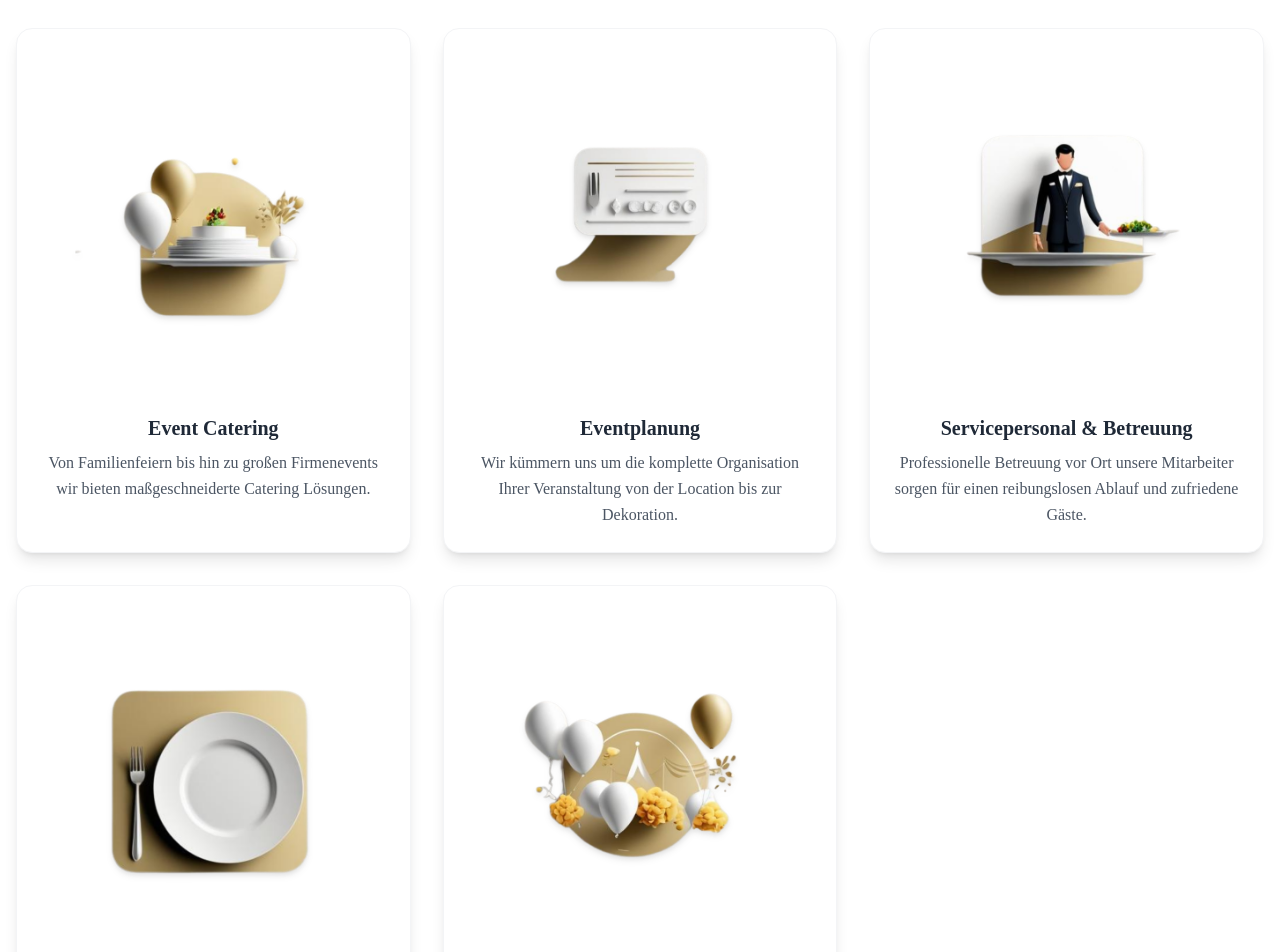
Repository: NikolajMalisch/vilana
Page: index.html
An editor plug-in stored every save of this project. The page is shown before and after the next save, followed by the edit.
The browser window is 1280 px wide. The pictures show the part of the page from y = 924 to 1876 px (the page is 2185 px tall).
A picture or video elsewhere on the page could not be fetched, so the positions and the page height are approximate. Some web fonts or font styles are not loaded; a fallback is used. Some web libraries are served in a nearby version.

Above is the page before, as saved 2025-08-01 13:47:57.

### index.html
<head>
    <meta charset="UTF-8" />
    <meta name="viewport" content="width=device-width, initial-scale=1.0" />
    <title>Vilana Event & Catering</title>

    <!-- Tailwind CSS -->
    <script src="https://cdn.tailwindcss.com"></script>

    <!-- Google Fonts -->
    <link href="https://fonts.googleapis.com/css2?family=Cinzel+Decorative&family=Cormorant+SC:wght@400;500;700&display=swap" rel="stylesheet" />

    <!-- Benutzerdefinierte Schriftarten anwenden -->
    <style>
    body {
        font-family: 'Cormorant SC', serif;
        background-color: #fdfaf6;
    }

    h1, h2, h3, p, span {
        font-family: 'Cormorant SC', serif;
    }

    .logo-container {
        display: flex;
        align-items: baseline;
        gap: 0.3rem;
        margin-top: 4px;
    }

    .logo-title {
        font-family: 'Cinzel Decorative', cursive;
        font-size: 1.8rem;
        font-weight: 500;
        letter-spacing: 0.5px;
        line-height: 1.1;
        margin-bottom: 2px;
      color: #1f2937; /* Tailwind gray-800 */
    }

    .logo-subtitle {
        font-family: 'Cormorant SC', serif;
        font-size: 1.2rem;
        font-weight: 400;
        letter-spacing: 0.2px;
        line-height: 1;
        margin-top: 0;
      color: #1f2937; /* Tailwind gray-800 */
    }

    .lang-de, .lang-ru {
        display: none;
    }

    .lang-active {
        display: block;
    }
    </style>
</head>


<body>

<!-- Header -->
    <header class="bg-white shadow-md">
    <div class="container mx-auto px-4 py-4 flex justify-between items-center">
    <div class="logo-container">
        <h1 class="logo-title">Vilana</h1>
        <span class="logo-subtitle">Event & Catering</span>
    </div>

    <!-- Navigation -->
    <div class="flex items-center">
        <nav class="hidden md:flex space-x-8 mr-8">
        <a href="#home" class="text-gray-800 hover:text-amber-800">Startseite</a>
        <a href="#services" class="text-gray-800 hover:text-amber-800">Leistungen</a>
        <a href="menu.html" class="text-gray-800 hover:text-amber-800">Menü</a>
        <a href="galerie.html" class="text-gray-800 hover:text-amber-800">Galerie</a>
        <a href="about.html" class="text-gray-800 hover:text-amber-800">Über uns</a>
        <a href="contact.html" class="text-gray-800 hover:text-amber-800">Kontakt</a>
        </nav>

        <!-- Language Switcher -->
        <div class="language-selector">
        <button onclick="setLanguage('de')" class="px-2 lang-active">🇩🇪</button>
        <button onclick="setLanguage('ru')" class="px-2">🇷🇺</button>
        </div>

        <!-- Mobile Menu Button -->
        <button onclick="toggleMobileMenu()" class="md:hidden text-gray-700 ml-4">
        <svg xmlns="http://www.w3.org/2000/svg" class="h-6 w-6" fill="none" viewBox="0 0 24 24" stroke="currentColor">
            <path stroke-linecap="round" stroke-linejoin="round" stroke-width="2" d="M4 6h16M4 12h16M4 18h16" />
        </svg>
        </button>
    </div>
    </div>

    <!-- Mobile Navigation -->
    <div id="mobile-menu" class="hidden md:hidden bg-white py-2 px-4 shadow-lg">
    <nav class="flex flex-col space-y-3">
        <a href="#home" class="text-gray-800 hover:text-amber-800">Startseite</a>
        <a href="#services" class="text-gray-800 hover:text-amber-800">Leistungen</a>
        <a href="menu.html" class="text-gray-800 hover:text-amber-800">Menü</a>
        <a href="galerie.html" class="text-gray-800 hover:text-amber-800">Galerie</a>
        <a href="about.html" class="text-gray-800 hover:text-amber-800">Über uns</a>
        <a href="contact.html" class="text-gray-800 hover:text-amber-800">Kontakt</a>
    </nav>
    </div>
</header>

<!-- Hero Section -->
<section id="home" class="bg-[#0e0e0e] text-white py-20 flex items-center justify-center text-center">
    <div class="container mx-auto px-4">
    <img src="images/vilana_logo.png" alt="Vilana Logo" class="h-60 sm:h-80 mx-auto drop-shadow-lg transition-transform duration-300 hover:scale-105">
    <p class="text-xl md:text-2xl mb-4 max-w-2xl mx-auto lang lang-de">Liebe zum Detail</p>
    <p class="text-xl md:text-2xl mb-4 max-w-2xl mx-auto lang lang-ru">Любовь к деталям</p>
    <p class="text-lg md:text-xl mb-8 max-w-2xl mx-auto lang lang-de">Erleben Sie Catering neu mit Liebe, Geschmack und Stil</p>
    <p class="text-lg md:text-xl mb-8 max-w-2xl mx-auto lang lang-ru">Откройте для себя кейтеринг заново – с любовью, вкусом и стилем</p>
    <a href="contact.html" class="bg-amber-600 hover:bg-amber-700 text-white font-bold py-3 px-8 rounded-full transition duration-300 inline-block lang lang-de">Kontaktieren Sie uns</a>
    <div class="mt-12 text-3xl animate-bounce text-white">↓</div>
    </div>
</section>

<!-- Leistungen -->
<section id="services" class="py-16 bg-white">
<div class="container mx-auto px-4">
    <h2 class="text-3xl md:text-4xl font-bold text-center mb-12 lang lang-de">Unsere Leistungen</h2>
    <h2 class="text-3xl md:text-4xl font-bold text-center mb-12 lang lang-ru">Наши услуги</h2>

    <div class="grid grid-cols-1 md:grid-cols-2 lg:grid-cols-3 gap-8">

    <!-- Event Catering -->
    <div class="bg-white rounded-2xl p-6 shadow-lg hover:shadow-2xl transition-shadow duration-300 border border-gray-100">
        <img src="images/Без названия (500 x 500 пикс.) new/Catering.png" alt="Event Catering" class="w-25 h-25 mb-4 mx-auto drop-shadow-md">
        <h3 class="text-xl font-semibold text-center text-gray-800 mb-2 lang lang-de">Event Catering</h3>
        <h3 class="text-xl font-semibold text-center text-gray-800 mb-2 lang lang-ru">Кейтеринг</h3>
        <p class="text-gray-600 text-center leading-relaxed lang lang-de">Von Familienfeiern bis hin zu großen Firmenevents wir bieten maßgeschneiderte Catering Lösungen.</p>
        <p class="text-gray-600 text-center leading-relaxed lang lang-ru">От семейных праздников до крупных корпоративов мы предлагаем кейтеринг решения под ключ.</p>
    </div>

    <!-- Eventplanung -->
    <div class="bg-white rounded-2xl p-6 shadow-lg hover:shadow-2xl transition-shadow duration-300 border border-gray-100">
        <img src="images/Без названия (500 x 500 пикс.) new/Eventplanung.png" alt="Eventplanung" class="w-25 h-25 mb-4 mx-auto drop-shadow-md">
        <h3 class="text-xl font-semibold text-center text-gray-800 mb-2 lang lang-de">Eventplanung</h3>
        <h3 class="text-xl font-semibold text-center text-gray-800 mb-2 lang lang-ru">Планирование мероприятий</h3>
        <p class="text-gray-600 text-center leading-relaxed lang lang-de">Wir kümmern uns um die komplette Organisation Ihrer Veranstaltung von der Location bis zur Dekoration.</p>
        <p class="text-gray-600 text-center leading-relaxed lang lang-ru">Мы берём на себя всю организацию вашего мероприятия от выбора площадки до оформления зала.</p>
    </div>

    <!-- Servicepersonal -->
    <div class="bg-white rounded-2xl p-6 shadow-lg hover:shadow-2xl transition-shadow duration-300 border border-gray-100">
        <img src="images/Без названия (500 x 500 пикс.) new/Service.png" alt="Servicepersonal" class="w-25 h-25 mb-4 mx-auto drop-shadow-md">
        <h3 class="text-xl font-semibold text-center text-gray-800 mb-2 lang lang-de">Servicepersonal & Betreuung</h3>
        <h3 class="text-xl font-semibold text-center text-gray-800 mb-2 lang lang-ru">Персонал и сопровождение</h3>
        <p class="text-gray-600 text-center leading-relaxed lang lang-de">Professionelle Betreuung vor Ort unsere Mitarbeiter sorgen für einen reibungslosen Ablauf und zufriedene Gäste.</p>
        <p class="text-gray-600 text-center leading-relaxed lang lang-ru">Профессиональное сопровождение наши сотрудники обеспечат безупречное проведение мероприятия.</p>
    </div>

    <!-- Mobiles Buffet -->
    <div class="bg-white rounded-2xl p-6 shadow-lg hover:shadow-2xl transition-shadow duration-300 border border-gray-100">
        <img src="images/Без названия (500 x 500 пикс.) new/Besteck.png" alt="Mobiles Buffet" class="w-25 h-25 mb-4 mx-auto drop-shadow-md">
        <h3 class="text-xl font-semibold text-center text-gray-800 mb-2 lang lang-de">Mobiles Buffet & Equipment</h3>
        <h3 class="text-xl font-semibold text-center text-gray-800 mb-2 lang lang-ru">Мобильный буфет и оборудование</h3>
        <p class="text-gray-600 text-center leading-relaxed lang lang-de">Alles aus einer Hand wir bringen Geschirr,Besteck und Buffet direkt zu Ihrer Veranstaltung.</p>
        <p class="text-gray-600 text-center leading-relaxed lang lang-ru">Всё под ключ мы привозим посуду,приборы и буфет прямо на место проведения.</p>
    </div>

    <!-- Themen-Events -->
    <div class="bg-white rounded-2xl p-6 shadow-lg hover:shadow-2xl transition-shadow duration-300 border border-gray-100">
        <img src="images/Без названия (500 x 500 пикс.) new/Themen.png" alt="Themen Events" class="w-25 h-25 mb-4 mx-auto drop-shadow-md">
        <h3 class="text-xl font-semibold text-center text-gray-800 mb-2 lang lang-de">Themen-Events & Konzepte</h3>
        <h3 class="text-xl font-semibold text-center text-gray-800 mb-2 lang lang-ru">Тематические мероприятия</h3>
        <p class="text-gray-600 text-center leading-relaxed lang lang-de">Ob Oktoberfest,russische Hochzeit oder Business Brunch wir gestalten Ihr Event individuell und mit Konzept.</p>
        <p class="text-gray-600 text-center leading-relaxed lang lang-ru">Октоберфест,русская свадьба или деловой бранч мы оформим ваше мероприятие с уникальной концепцией.</p>
    </div>

    </div>
</div>
</section>


<!-- Footer -->
<footer class="bg-gray-800 text-white py-8">
    <div class="container mx-auto px-4 text-center">
    <p>&copy; 2025 Vilana Event & Catering. Alle Rechte vorbehalten.</p>
    </div>
</footer>

<!-- Language Switch & Mobile Menu -->
<script>
function setLanguage(lang) {
    document.querySelectorAll('.lang').forEach(el => el.classList.remove('lang-active'));
    document.querySelectorAll('.lang-' + lang).forEach(el => el.classList.add('lang-active'));
}

    function toggleMobileMenu() {
    const menu = document.getElementById("mobile-menu");
    menu.classList.toggle("hidden");
    }

  // Default language
    setLanguage('de');
</script>

</body>
</html>

After the next save:
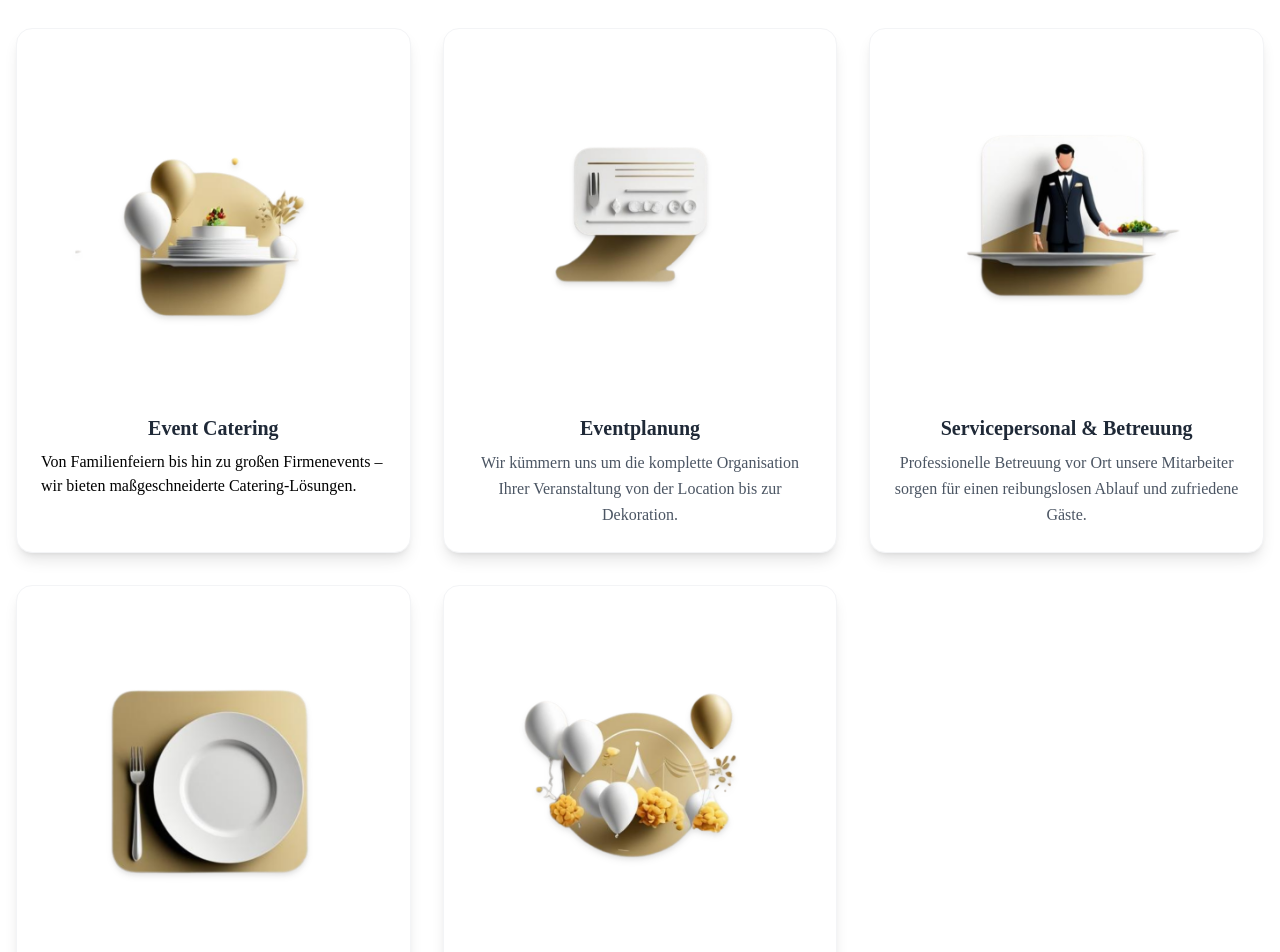
Saved 101 s later.
--- a/index.html
+++ b/index.html
@@ -133,7 +133,10 @@
         <img src="images/Без названия (500 x 500 пикс.) new/Catering.png" alt="Event Catering" class="w-25 h-25 mb-4 mx-auto drop-shadow-md">
         <h3 class="text-xl font-semibold text-center text-gray-800 mb-2 lang lang-de">Event Catering</h3>
         <h3 class="text-xl font-semibold text-center text-gray-800 mb-2 lang lang-ru">Кейтеринг</h3>
-        <p class="text-gray-600 text-center leading-relaxed lang lang-de">Von Familienfeiern bis hin zu großen Firmenevents wir bieten maßgeschneiderte Catering Lösungen.</p>
+        <p class="<p class="text-gray-700 text-center leading-relaxed font-medium lang lang-de">
+  Von Familienfeiern bis hin zu großen Firmenevents – wir bieten maßgeschneiderte Catering-Lösungen.
+</p>
+
         <p class="text-gray-600 text-center leading-relaxed lang lang-ru">От семейных праздников до крупных корпоративов мы предлагаем кейтеринг решения под ключ.</p>
     </div>
 
